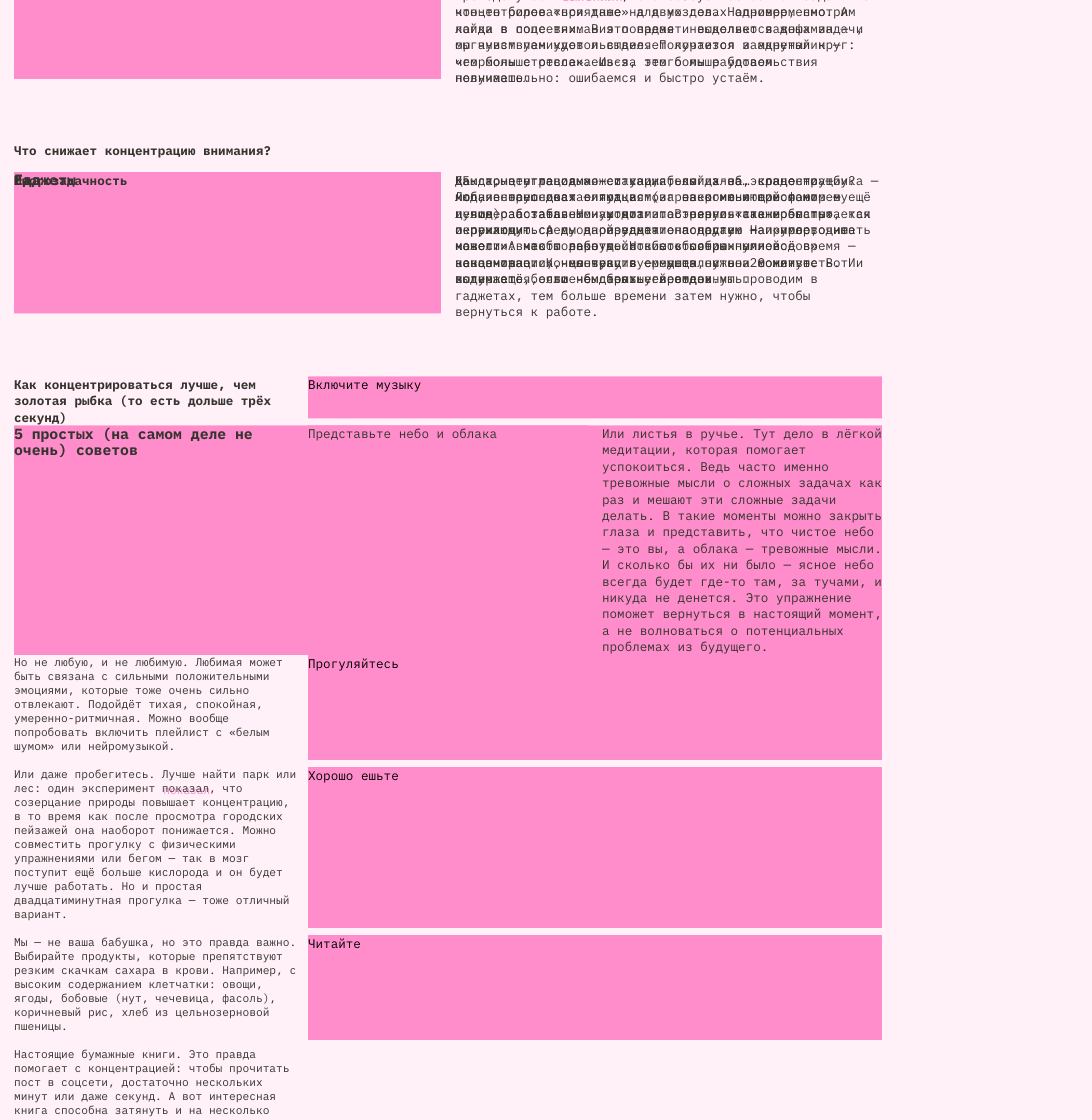
Repository: NikWolf75/slozhno-sosredotochitsya-fd
Page: index.html
An editor plug-in stored every save of this project. The page is shown before and after the next save, followed by the edit.
The browser window is 1280 px wide. The page is 1560 px wide, so the pictures cover 1560 px, including what lies to the right of the window. The pictures show the part of the page from y = 964 to 2564 px (the page is 7193 px tall before and 7181 px after), at 70% of full size.

Above is the page before, as saved 2025-02-27 23:30:46.

### index.html
<!DOCTYPE html>
<html lang="ru">
  <head>
    <meta charset="UTF-8" />
    <meta http-equiv="X-UA-Compatible" content="IE=edge" />
    <meta name="viewport" content="width=device-width, initial-scale=1.0" />
    <meta name="color-scheme" content="dark light" />
    <link rel="stylesheet" href="/fonts/fonts.css" />
    <link rel="stylesheet" href="/styles/globals.css" />
    <link rel="stylesheet" href="/styles/variables.css" />
    <link rel="stylesheet" href="/styles/style.css" />
    <link rel="stylesheet" href="/styles/dark.css" />
    <link rel="stylesheet" href="/styles/light.css" />
    <link rel="icon" href="/images/favicon.ico" sizes="any" />
    <link rel="icon" href="/images/favicon.svg" type="image/svg+xml" />
    <title>Сложно сосредоточиться</title>
    <script src="./scripts/script.js"></script>
  </head>
  <body class="page">
    <header class="header decorated-zone">
      <p class="rec_element">REC</p>
      <nav class="header__theme-menu">
        <ul class="header__theme-menu-list">
          <li class="header__theme-menu-item">
            <button
              class="header__theme-menu-button header__theme-menu-button_type_light"
            >
              День
            </button>
          </li>
          <li class="header__theme-menu-item">
            <button
              class="header__theme-menu-button header__theme-menu-button_active header__theme-menu-button_type_auto"
              disabled
            >
              Авто
            </button>
          </li>
          <li class="header__theme-menu-item">
            <button
              class="header__theme-menu-button header__theme-menu-button_type_dark"
            >
              Неон
            </button>
          </li>
        </ul>
      </nav>
      <h1 class="title_main">no focus</h1>
      <div class="title-decor">
        <p>Что делать, когда не можешь делать ничего</p>
        <p>
          Или почему нам так сложно сконцентрироваться, особенно когда очень
          надо
        </p>
      </div>
    </header>
    <main class="content">
      <section class="content__section">
        <h2 class="question_text">Почему сосредоточиться так сложно</h2>
        <article class="answer">
          <h3 class="content__answer-short">Многозадачность</h3>
          <p class="answer_large">
            Особенно сложно сосредоточиться, когда задач много и все они —
            важные. Где же легендарная многозадачность, когда она так нужна вам
            (и всем нанимающим менеджерам этого мира)? А дело в том, что её
            просто не существует. Исследователи
            <a class="link-text" href="#0">выяснили</a>, что мозгу тяжело
            концентрироваться даже на двух делах одновременно. А когда в поле
            внимания попадает несколько важных задач, организм паникует и
            выделяет кортизол и адреналин — «гормоны стресса». Из-за этого мы
            работаем невнимательно: ошибаемся и быстро устаём.
          </p>
        </article>
        <article class="answer">
          <h3 class="content__answer-short">Дофамин</h3>
          <p class="answer_large">
            С гормонами стресса всё понятно, но дальше — ещё интереснее. В нашей
            невозможности сосредоточиться замешана и полная противоположность
            стрессу — дофамин. Это вещество участвует в системе вознаграждения
            мозга. Причём тут он? Мы часто отвлекаемся от важной задачи на
            что-то более «приятное» для мозгов. Например, смотрим лайки в
            соцсетях. В это время и выделяется дофамин — и мы чувствуем
            удовольствие. Получается замкнутый круг: чем больше отвлекаешься,
            тем больше удовольствия получаешь.
          </p>
        </article>
      </section>
      <section class="content__section content__question">
        <h2 class="question_text">Что снижает концентрацию внимания?</h2>
        <article class="answer">
          <h3 class="content__answer-short">Многозадачность</h3>
          <p class="answer_large">
            Как концентрация может снижаться из-за… концентрации? Любая
            стрессовая ситуация (и резко меняющийся мир в целом) заставляет наш
            мозг постоянно «сканировать» окружающую среду на предмет опасности.
            Например, читать новости вместо работы. Но быть собранными всё время
            — невозможно. Концентрация — мышца, и она может не выдержать, если
            не давать ей отдохнуть.
          </p>
        </article>
        <article class="answer">
          <h3 class="answer_short">Еда</h3>
          <p class="answer_large">
            «Быстрые углеводы» — сахар, белый хлеб, сладости — молниеносно
            доставляют в мозг энергию и помогают ему лучше работать. Но уходит
            эта энергия также быстро, как и приходит. А мы в результате попадаем
            на «углеводные качели»: как только действие «быстрых углеводов»
            заканчивается, мы чувствуем усталость и сонливость. И хотим ещё
            больше быстрых углеводов.
          </p>
        </article>
        <article class="answer">
          <h3 class="answer_short">Гаджеты</h3>
          <p class="answer_large">
            Да-да, это та самая ситуация, когда на экране ноутбука — код, в
            наушниках — подкаст, а на компьютере фоном — ещё и видео с забавными
            утятами. В результате мозг пытается переключиться с одной задачи на
            другую — и просто не может. А чтобы вернуться к состоянию полной
            концентрации, человеку в среднем нужно 20 минут. Вот и получается,
            что чем больше времени мы проводим в гаджетах, тем больше времени
            затем нужно, чтобы вернуться к работе.
          </p>
        </article>
      </section>
      <section class="content__section">
        <h2 class="question_text">
          Как концентрироваться лучше, чем золотая рыбка (то есть дольше трёх
          секунд)
        </h2>
        <article class="answer advice">
          <h3 class="answer_short sub_answer_short">
            5 простых (на самом деле не очень) советов
          </h3>
          <h4 class="advice">
            Представьте небо и облака
          </h4>
          <p class="answer_large">
            Или листья в ручье. Тут дело в лёгкой медитации, которая помогает
            успокоиться. Ведь часто именно тревожные мысли о сложных задачах как
            раз и мешают эти сложные задачи делать. В такие моменты можно
            закрыть глаза и представить, что чистое небо — это вы, а облака —
            тревожные мысли. И сколько бы их ни было — ясное небо всегда будет
            где-то там, за тучами, и никуда не денется. Это упражнение поможет
            вернуться в настоящий момент, а не волноваться о потенциальных
            проблемах из будущего.
          </p>
        </article>
          <h4 class="advice">
            Включите музыку
          </h4>
          <p class="answer_large">
            Но не любую, и не любимую. Любимая может быть связана с сильными
            положительными эмоциями, которые тоже очень сильно отвлекают.
            Подойдёт тихая, спокойная, умеренно-ритмичная. Можно вообще
            попробовать включить плейлист с «белым шумом» или нейромузыкой.
          </p>
          <h4 class="advice">
            Прогуляйтесь
          </h4>
          <p class="answer_large">
            Или даже пробегитесь. Лучше найти парк или лес: один эксперимент
            <a class="link-text" href="#0">показал</a>, что созерцание природы
            повышает концентрацию, в то время как после просмотра городских
            пейзажей она наоборот понижается. Можно совместить прогулку с
            физическими упражнениями или бегом — так в мозг поступит ещё больше
            кислорода и он будет лучше работать. Но и простая двадцатиминутная
            прогулка — тоже отличный вариант.
          </p>
          <h4 class="advice">
            Хорошо ешьте
          </h4>
          <p class="answer_large">
            Мы — не ваша бабушка, но это правда важно. Выбирайте продукты,
            которые препятствуют резким скачкам сахара в крови. Например, с
            высоким содержанием клетчатки: овощи, ягоды, бобовые (нут, чечевица,
            фасоль), коричневый рис, хлеб из цельнозерновой пшеницы.
          </p>
          <h4 class="advice">
            Читайте
          </h4>
          <p class="answer_large">
            Настоящие бумажные книги. Это правда помогает с концентрацией: чтобы
            прочитать пост в соцсети, достаточно нескольких минут или даже
            секунд. А вот интересная книга способна затянуть и на несколько
            часов и круто тренирует направленное внимание.
          </p>
        </article>
      </section>
      <section class="content__section content__gallery">
        <h2 class="answer_short">А можно в картинках?</h2>
        <div class="gallery">
          <figure class="gallery__item">
            <img
              class="content__section-image"
              src="./images/sunset.png"
              alt="Вид острова на закате"
              loading="lazy"
            />
          </figure>
          <figure class="gallery__item">
            <img
              class="gallery__section-image"
              src="./images/ice-cream.png"
              alt="Чаша с мороженным"
              loading="lazy"
            />
          </figure>
          <figure class="gallery__item">
            <img
              class="gallery__section-image"
              src="./images/tape.png"
              alt="Кассета"
              loading="lazy"
            />
          </figure>
          <figure class="gallery__item">
            <img
              class="gallery__section-image"
              src="./images/books.png"
              alt="Стопка книг"
              loading="lazy"
            />
          </figure>
          <figure class="gallery__item">
            <img
              class="gallery__section-image"
              src="./images/street.png"
              alt="Улица"
              loading="lazy"
            />
          </figure>
        </div>
      </section>
    </main>
    <footer class="footer decorated-zone">
      <h2 class="title_main footer__title">focus</h2>
    </footer>
  </body>
</html>

### styles/globals.css
*,
*::before,
*::after {
  box-sizing: border-box;
}

body {
  min-inline-size: 375px;
  max-inline-size: 1440px;
  margin: 0 auto;
}

h1,
h2,
h3,
h4,
h5,
h6,
p {
  margin: 0;
}

ul {
  margin: 0;
  padding: 0;
  list-style: none;
}

picture {
  margin: 0;
  padding: 0;
}

button,
a {
  font-family: inherit;
  font-size: inherit;
  line-height: inherit;
  color: currentColor;
}

### styles/variables.css
:root {
  --main-font: 'IBM Plex mono';
}

### styles/style.css
.page {
  display: flex;
  flex-direction: column;
  font-family: var(--main-font), monospace;
  block-size: min-content;
  position: relative;
  font-weight: 700;
  background-color: var(--main-background-color);
  background-image: var(--main-background-image);
  background-attachment: fixed;
  background-position: center;
  background-size: cover;
  background-repeat: no-repeat;
 }

.decorated-zone {
  position: relative;
}

.decorated-zone::after,
.decorated-zone::before {
  position: absolute;
  inline-size: 25px;
  block-size: 25px;
  content: "";
  border: 1px solid var(--corner-color);
}

.decorated-zone::after {
  border-top: none;
  border-right: none;
  bottom: 10px;
  left: 10px;
}

.decorated-zone::before {
  border-left: none;
  border-bottom: none;
  right: 10px;
  top: 10px;
}

@media (width >= 768px) {
  .decorated-zone::after {
    bottom: 20px;
    left: 20px;
  }
}

@media (width >= 768px) {
  .decorated-zone::before {
    right: 20px;
    top: 20px;
  }
}

.rec_element {
  position: absolute;
  align-self: start;
  justify-self: end;
  margin: 0;
  right: 10px;
  margin-right: 28px;
  font-size: 18px;
  grid-column: 3;
  grid-row: 1;
  color: var(--accent-color);
  gap: 10px;
}

@media (width >= 768px) {
  .rec_element {
    right: 20px;
  }
}

.rec_element::after {
  content: "";
  border-radius: 50%;
  position: absolute;
  top: 8px;
  left: 44px;
  background: var(--accent-color);
  width: 10px;
  height: 10px;
  box-shadow: 0 0 4px 2px var(--accent-color)
}

.header {
  display: grid;
  grid-template-columns: repeat(3, 1fr);
  grid-template-rows: 1fr min-content 1fr;
  align-items: center;
  justify-items: end;
  position: relative;
  block-size: min(668px, 100vh);
  padding: 10px;
  inline-size: 100%;
 }

 @media (width >= 768px) {
  .header {
    padding: 20px 20px 20px 0;
    block-size: max(1024px, 100vh);
  }
 }

 @media (width >= 1024px) {
  .header {
    block-size: max(768px, 100vh);
  }
 }

 .header__theme-menu {
  grid-column: 3;
  grid-row: 1;
  justify-self: end;
  align-self: center;
}

@media (width >= 1024px) {
  .header__theme-menu {
    grid-column: 1 / -1;
    align-self: start;
    justify-self: center;
    margin-left: 20px;
  }
 }

.header__theme-menu-list {
  display: flex;
  flex-direction: column;
  list-style: none;
  row-gap: 10px;
}

@media (width >= 1024px) {
  .header__theme-menu-list {
    display: flex;
    flex-direction: row;
    column-gap: 10px;
  }
 }

.header__theme-menu-button {
  font-family: inherit;
  background: transparent;
  font-size: 18px;
  color: var(--menu-color);
  border: none;
  text-transform: lowercase;
  border: none;
  height: 26px;
  padding-right: 13px;
  padding-left: 13px;
}

.header__theme-menu-bitton:hover {
  outline: 1px solid var(--menu-color-rgb);
}

.header__theme-menu-button_active {
  outline: 1px solid var(--menu-color);
}

.header__theme-menu-button:focus {
  outline: none;
  text-decoration: underline;
}

.header__theme-menu-button:focus-visible {
  outline: none;
  text-decoration: underline;
}

.title_main {
  font-family: inherit;
  font-size: clamp(7.25rem, 7.0115rem + 1.0178vw, 7.5rem);
  line-height: 95.7px;
  color: var(--title-short-text-color);
  text-shadow: 4px 4px 0 var(--accent-color);
  justify-self: start;
  grid-column: 1 / -1;
  grid-row: 2;
}

@media (width >= 1024px) {
  .title_main {
    line-height: 129.5px;
  }
}

@media (width >= 768px) {
  .title_main {
    font-size: clamp(7.5rem, 0.5625rem + 14.4531vw, 9.8125rem);
    font-weight: 700;
    line-height: 99px;
  }
}

.title-decor {
  font-weight: 700;
  font-family: var(--main-font), monospace;
  font-size: 18px;
  line-height: 23.4px;
  background-color: var(--accent-color);
  color: var(--title-text-color);
  grid-row: 3;
  grid-column: 1 / -1;
  border: 1px solid var(--main-background-color);
  margin: 0;
  justify-self: end;
  align-self: center;
}

@media (width >= 768px) {
  .title-decor {
    max-width: 49%;
  }
}

.content {
  display: flex;
  box-sizing: border-box;
  flex-direction: column;
  padding: 40px 10px 0 10px;
  row-gap: 50px;
}

@media (width >= 768px) {
  .content {
    padding: 60px 20px 20px 20px;
    row-gap: 80px;
  }
}

@media (width >= 768px) {
  .content__section {
    display: grid;
    grid-template-columns: 1fr 2fr;
    column-gap: 20px;
  }
}

@media (width >= 1024px) {
  .content__section {
    column-gap: 10px;
  }
}

.content__what, .answer {
  margin-bottom: 20px;
}

.content__what, .answer:last-of-type {
  margin-bottom: 0;
}

.content__gallery, .content__answer-short {
  font-size: 18px;
}

@media (width >= 768px) and (width < 1024px) {
  .content__question,
  .content__gallery {
    display: grid;
    grid-template-columns: repeat(3, 1fr);
    grid-template-rows: min-content, 1fr;
    row-gap: 20px;
  }

  .content__question, .question_text {
    grid-row: 1;
    grid-column: 1;
  }

  .content__question, .answer {
    grid-row: 2;
    grid-column: 1 / -1;
    margin-bottom: 20px;
  }

  .content__gallery, .content__answer-short {
    grid-row: 1;
    grid-column: 1 / -1;
    margin: 0;
  }

  .content__gallery, .gallery {
    grid-row: 2;
    grid-column: 1 / -1;
  }
}

@media (width >= 1024px) {
  .content__question,
  .content__gallery {
    display: grid;
    grid-template-columns: repeat(3, 1fr);
    row-gap: 20px;
  }

  .content__question, .question_text {
    grid-row: 1;
    grid-column: 1;
  }

  .content__question, .answer {
    display: grid;
    grid-row: 2;
    grid-column: 1 / -1;
    column-gap: 20px;
    grid-template-columns: repeat(auto-fit, minmax(calc((100% - 40px) / 3), 1fr));
  }

  .content__gallery, .answer-short {
    grid-row: 1;
    grid-column: 1 / -1;
    margin: 0;
  }

  .content__gallery, .gallery {
    grid-row: 2;
    grid-column: 1 / -1;
  }
}

.question_text {
  font-family: var(--main-font), monospace;
  font-size: 18px;
  font-weight: 700;
  line-height: 23.5px;
  color: var(--question-text-color);
  margin: 0;
  margin-bottom: 20px;
}

@media (width >= 768px) {
  .question_text {
    padding-right: 9px;
    margin-bottom: 0;
  }
}

.answer {
  font-family: var(--main-font), monospace;
  font-size: 18px;
  font-weight: 700;
  line-height: 23.5px;
  color: var(--answer-short-text-color);
}

.advices {
  display: flex;
  flex-direction: column;
}

.content_how {
  display: flex;
  flex-direction: column;
}

.content__answer-short {
  color: var(--answer-short-text-color);
  background-color: var(--accent-color);
  margin: 0;
  margin-bottom: 10px;
  font-family: inherit;
  font-size: inherit;
  font-weight: inherit;
  line-height: inherit;
}

.sub_content__answer-short {
  margin-bottom: 20px;
}

.answer_large {
  font-family: inherit;
  font-size: inherit;
  font-weight: 400;
  line-height: inherit;
  color: var(--answer-text-color);
  margin: 0;
  margin-bottom: 20px;
}

.answer, .answer_large:last-of-type {
  margin-bottom: 0;
}

.link-text {
  text-decoration: none;
  color: inherit;
  text-shadow: 2px 2px 0 var(--shadow-accent-color);
}

.link-text:hover {
  border-bottom: 1px solid var(--menu-color);
}

.link-text:focus {
  outline: none;
  border: none;
}

.link-text:focus-visible {
  outline: 1px solid var(--answer-text-color);
  border: 1px solid transparent;
  color: var(--answer-text-color);
}

.advice {
  font-family: var(--main-font), monospace;
  font-size: 18px;
  font-weight: 400;
  background-color: var(--accent-color);
  line-height: 23.4px;
  margin: 0 0 10px 0;
}

.gallery {
  display: grid;
  grid-template-columns: 1fr;
  grid-template-rows: 142px 355px 237px 355px 237px;
  gap: 10px;
  grid-auto-flow: dense;
  margin-bottom: 40px;
}

.gallery__item {
  margin: o;
}

.gallery__section-image {
  object-fit: cover;
  inline-size: 100%;
  block-size: 100%;
}

@media (width >= 1024px) {
  .gallery {
    grid-template-rows: 260px 315px 433px;
  }
}

.footer {
  display: grid;
  height: 100vh;
  padding: 10px;
  block-size: max(668px, 100vh);
  grid-template-columns: 1fr;
  grid-template-rows: 1fr min-content 1fr;
}

@media (width >= 768px) {
  .footer {
    padding: 20px;
    block-size: max(1024px, 100vh);
  }
}

@media (width >= 1024px) {
  .footer {
    block-size: max(768px, 100vh);
  }
}

.footer_title {
  justify-self: center;
}

### styles/dark.css
:root.theme-dark {
  --title-short-text-color: #DB00FF;
  --header-background-image: url(../images/cover-image-dark.png);
  --title-text-color: #000028;
  --accent-color: #FF0070;
  --menu-color: #FF0070;
  --menu-color-rgb: rgba(255, 0, 112, 0.4);
  --shadow-accent-color: #FF0070;
  --main-background-color: #000028;
  --answer-text-color: #F1B2CE;
  --answer-short-text-color: #000028;
  --question-text-color: #FF0070;
  --corner-color: #FF0070;
}

.theme-dark .page {
  /* Вам также нужно будет написать ряд подобных селекторов */
}

.theme-dark li {
  outline: none;
}

@media (prefers-color-scheme: dark) {
  :root {
    /* сохраните этот селектор в приведённом виде.
      Так стили написанные ниже будут иметь больший вес,
      чем стили в медиазапросе предпочтений пользователя
    */
    --title-short-text-color: #DB00FF;
    --header-background-image: url(../images/cover-image-dark.png);
    --title-text-color: #000028;
    --accent-color: #FF0070;
    --menu-color: #FF0070;
    --menu-color-rgb: rgba(255, 0, 112, 0.4);
    --shadow-accent-color: #FF0070;
    --main-background-color: #000028;
    --answer-text-color: #F1B2CE;
    --answer-short-text-color: #000028;
    --question-text-color: #FF0070;
    --corner-color: #FF0070;
  }

  li {
    outline: none;
  }
}

### styles/light.css
:root.theme-light {
  --title-short-text-color: #FFC2E6;
  --header-background-image: url(../images/cover-image-light.png);
  --title-text-color: #353430;
  --accent-color: #FF8DCB;
  --menu-color: #353430;
  --menu-color-rgb: rgba(53, 52, 48, 0.4);
  --shadow-accent-color: #FF8DCB;
  --main-background-color: #FFF1F7;
  --answer-text-color: #353430;
  --answer-short-text-color: #353430;
  --question-text-color: #353430;
  --corner-color: #353430;
}

.theme-light .page .rec_element {
  display: none;
}

.theme-light .rec_element::after {
  display: none;
}

.theme-light li {
  outline: none;
}

@media (prefers-color-scheme: light) {
  :root {
    --title-short-text-color: #FFC2E6;
    --header-background-image: url(../images/cover-image-light.png);
    --title-text-color: #353430;
    --accent-color: #FF8DCB;
    --menu-color: #353430;
    --menu-color-rgb: rgba(53, 52, 48, 0.4);
    --shadow-accent-color: #FF8DCB;
    --main-background-color: #FFF1F7;
    --answer-text-color: #353430;
    --answer-short-text-color: #353430;
    --question-text-color: #353430;
    --corner-color: #353430;
  }


  .theme-light .rec_element {
    display: none;
  }

  .theme-auto .rec_element {
    display: none;
  }

  .rec_element .rec_element::after {
    display: none;
  }

  li {
    outline: none;
  }
}

### scripts/script.js
(function initTheme() {
  const theme = localStorage.getItem('theme');
  if (theme) {
    setTheme(theme);
  }
})();

document.addEventListener('DOMContentLoaded', () => {
  const currentTheme = [...document.documentElement.classList]
    .find((cn) => cn.startsWith('theme-'))
    ?.replace('theme-', '');
  const themeButtons = [
    ...document.querySelectorAll('.header__theme-menu-button'),
  ];
  setActiveButton(themeButtons, currentTheme);

  themeButtons.forEach((button) => {
    button.addEventListener('click', () => {
      const chosenTheme = [...button.classList]
        .find((cn) => cn.includes('_type_'))
        .split('_type_')[1];
      setTheme(chosenTheme);
      setActiveButton(themeButtons, chosenTheme);
    });
  });
});

function setTheme(theme) {
  document.documentElement.className = '';
  document.documentElement.classList.add(`theme-${theme}`);
  localStorage.setItem('theme', theme);
}

function setActiveButton(buttonsArray, theme) {
  buttonsArray.forEach((button) => {
    button.classList.remove('header__theme-menu-button_active');
    button.removeAttribute('disabled');
  });
  const target = buttonsArray.find((button) =>
    button.classList.contains(`header__theme-menu-button_type_${theme}`)
  );
  if (target) {
    target.classList.add('header__theme-menu-button_active');
    target.setAttribute('disabled', true);
  } else {
    const autoButton = document.querySelector(
      '.header__theme-menu-button_type_auto'
    );
    autoButton.classList.add('header__theme-menu-button_active');
    autoButton.setAttribute('disabled', true);
  }
}

Loaded but not shown: fonts/fonts.css (common file)

After the next save:
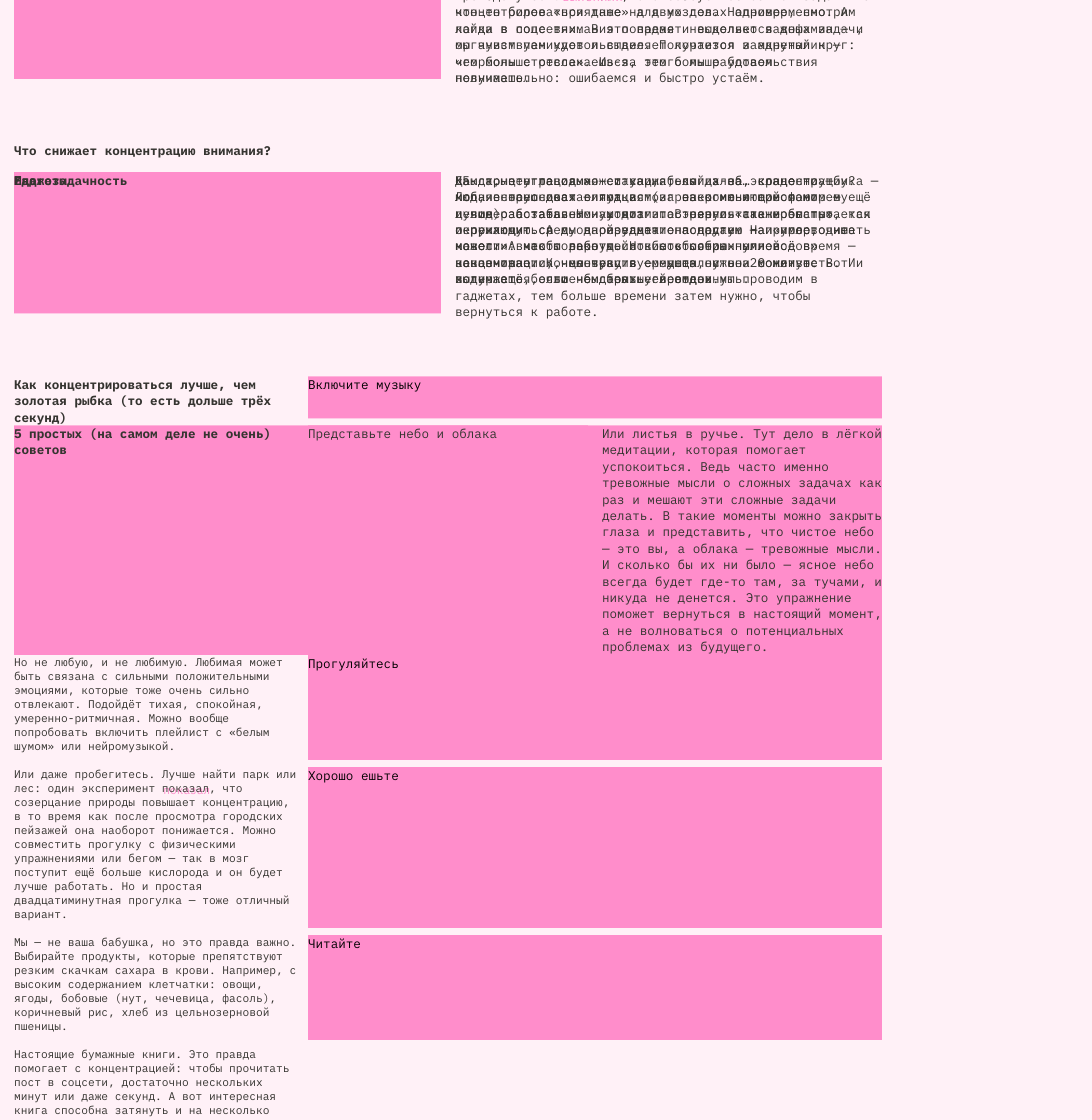
Saved 6 s later.
--- a/styles/style.css
+++ b/styles/style.css
@@ -256,7 +256,7 @@
   margin-bottom: 0;
 }
 
-.content__gallery, .content__answer-short {
+.content__gallery, .answer_short {
   font-size: 18px;
 }
 
